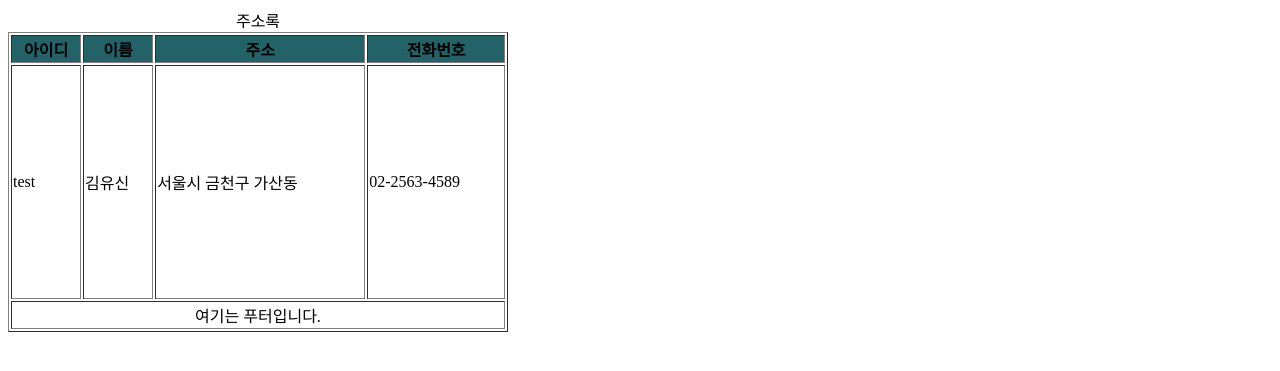
Repository: rightsecond3/java52
Page: workspace_script/dev_html/WebContent/html_table/table_1.html
These files come from the project's save history. The page is drawn as it stood at one moment and after the next save; the edit follows.
The browser window is 1280 px wide. The pictures show the whole page.

Above is the page before, as saved 2019-06-10 02:22:15.

### workspace_script/dev_html/WebContent/html_table/table_1.html
<!DOCTYPE html>
<html>
<head>
<meta charset="UTF-8">
<title>주소록</title>
</head>
<body>
	<table border="1" width="500px" height="300px">
		<!-- 테이블의 이름 지정 -->
		<caption>주소록</caption>
		<thead>
			<!-- 로우 -->
			<tr bgColor="#236267">
				<!-- 컬럼 -->
				<th>아이디</th>
				<th>이름</th>
				<th>주소</th>
				<th>전화번호</th>
			</tr>
		</thead>
		<tbody>
			<tr>
				<td>test</td>
				<td>김유신</td>
				<td>서울시 금천구 가산동</td>
				<td>02-2563-4589</td>
			</tr>
		</tbody>
		<tfoot>
			<tr>
				<!-- colspan:셀병합, align : 정렬상태 -->
				<td colspan="4" align="center">여기는 푸터입니다.</td>
			</tr>
		</tfoot>
	</table>
</body>
</html>

After the next save:
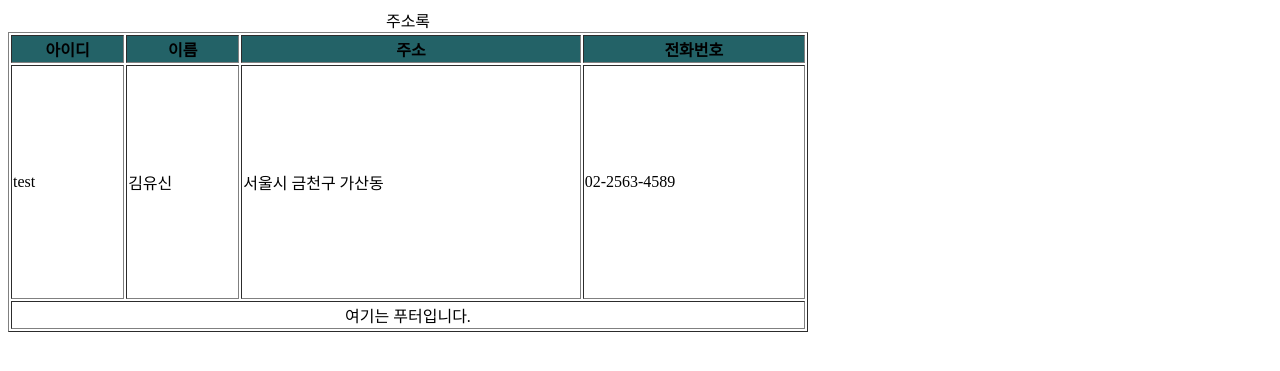
Saved 7 s later.
--- a/workspace_script/dev_html/WebContent/html_table/table_1.html
+++ b/workspace_script/dev_html/WebContent/html_table/table_1.html
@@ -5,7 +5,7 @@
 <title>주소록</title>
 </head>
 <body>
-	<table border="1" width="500px" height="300px">
+	<table border="1" width="800px" height="300px">
 		<!-- 테이블의 이름 지정 -->
 		<caption>주소록</caption>
 		<thead>
